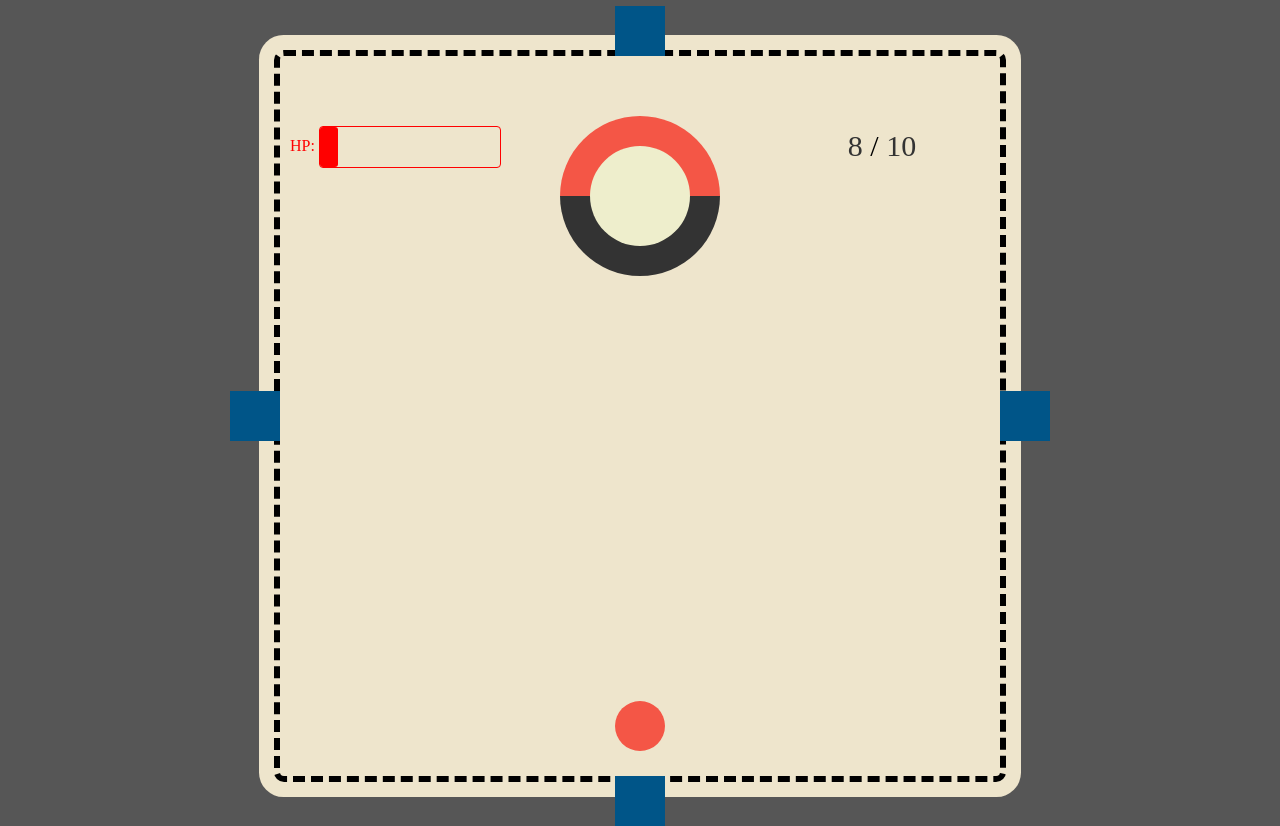
Repository: EEETA/ball-game
Page: theBall2/index.html
An editor plug-in stored every save of this project. The page is shown before and after the next save, followed by the edit.
The browser window is 1280 px wide. The pictures show the whole page.
After loading, the first visible `button.start` was clicked once.

Above is the page before, as saved 2018-08-03 16:21:25.

After the next save:
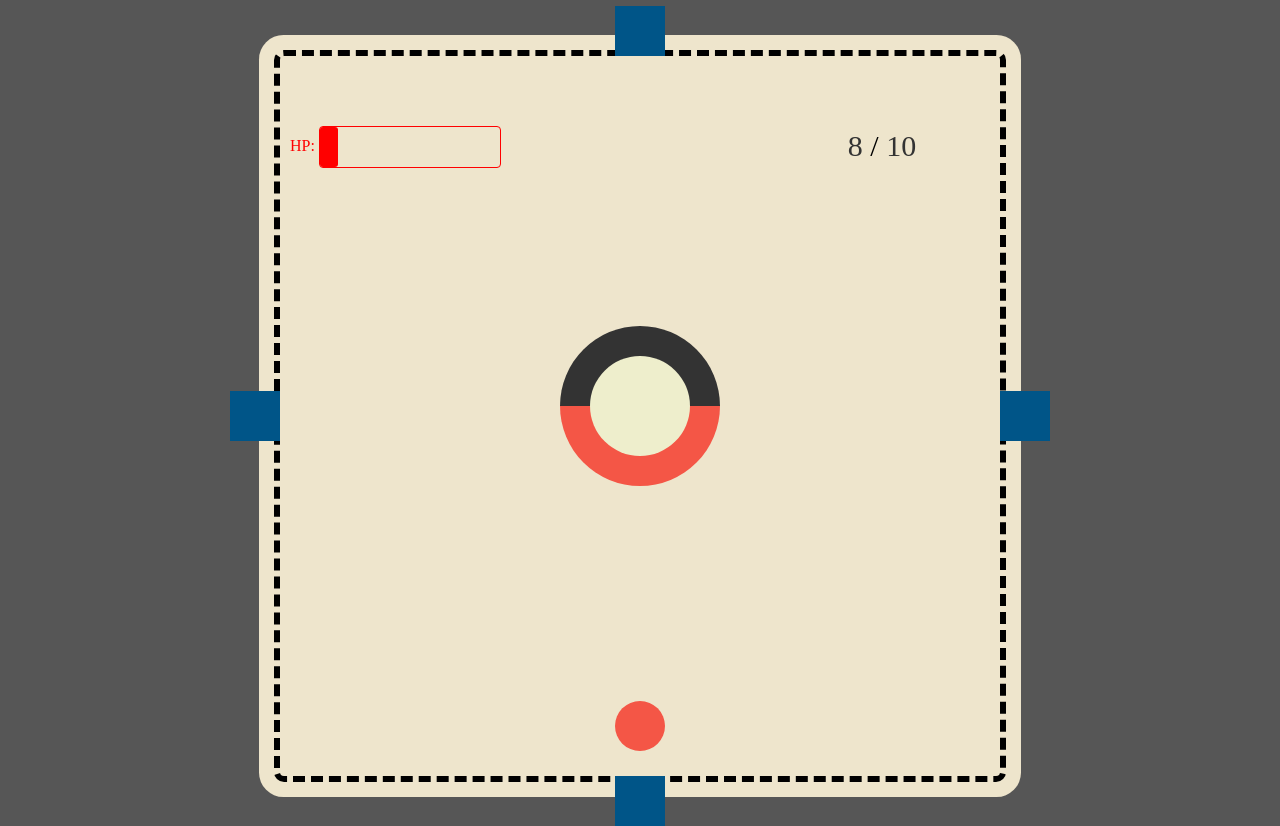
Saved 42 s later.
--- a/theBall2/js/index.js
+++ b/theBall2/js/index.js
@@ -94,22 +94,22 @@ function initInfo(patternNow){
     $('.game_fraction').fadeIn(500);
 
     /*小球位置及角度就绪*/
-    // $('.ball').animate({top:'210px'},500,function(){
-    //     $(this).removeClass("ballZhuan");
-    //     if(patternNow!=2){
-    //         $(this).rotate({animateTo:-180,duration:600});/*这一步尤为重要，得分是在-180°上去迭代完成的，角度不转会十分生硬*/
-    //         numList=-180;
-
-    //     }
-    //     else if(patternNow==2){
-    //         rotate_transition(".ball",".ball2");
-    //         if(visited){
-    //             appendball();
-    //         }else{
-    //             $('.game_mask').fadeIn(300);
-    //         }
-    //     }
-    // })
+    $('.ball').animate({top:'210px'},500,function(){
+        $(this).removeClass("ballZhuan");
+        if(patternNow!=2){
+            $(this).rotate({animateTo:-180,duration:600});/*这一步尤为重要，得分是在-180°上去迭代完成的，角度不转会十分生硬*/
+            numList=-180;
+
+        }
+        else if(patternNow==2){
+            rotate_transition(".ball",".ball2");
+            // if(visited){
+            //     appendball();
+            // }else{
+            //     $('.game_mask').fadeIn(300);
+            // }
+        }
+    })
 }
 
 /*关卡设置*/
